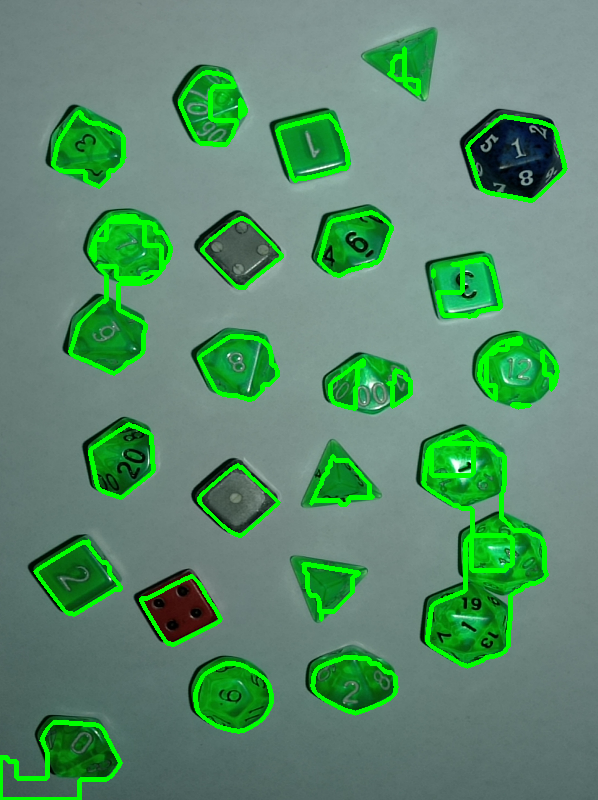
Repository: kaiofbgarcia/OpenCV
Script's output: python dados.py
These files come from the project's save history. The script's output is drawn as it stood at one moment and after the next save; the edit follows.
Random numbers start from a fixed seed. It also reads Dados/imgDados/dados4.jpg.

Above is the script's output before, as saved 2022-06-28 20:21:47.

### dados.py
import cv2
from cv2 import THRESH_BINARY
from cv2 import erode
import numpy as np
from numpy import binary_repr

imagem = cv2.imread("img/dados4.jpg")          # Carregar a imagem
res = cv2.resize(imagem, dsize=( 598, 800), interpolation=cv2.INTER_CUBIC) # Redimensionar Img ################
gray = cv2.cvtColor(res, cv2.COLOR_BGR2GRAY)     # GrayScale
blur = cv2.blur(gray,(1,1))                       # Blur ###############

ret,binary = cv2.threshold(gray , 80 ,255, cv2.THRESH_BINARY)         # Binarização ################
ret1,binary1 = cv2.threshold(binary,127,255,cv2.THRESH_BINARY_INV)   # Inverter a Binarização

kernel = np.ones((6,6), np.uint8)
dilation = cv2.dilate(binary1, kernel, iterations=4)   # Dilatar ####################
erodion = cv2.erode(dilation, kernel, iterations=5)

contours, hierarchy = cv2.findContours(erodion, cv2.RETR_TREE, cv2.CHAIN_APPROX_SIMPLE) # Procura os Objetos
cont = len(contours)                                                                     # Conta os Objetos

cv2.drawContours(res, contours, -1, (0,255,0), 3)

print("Numero de Objetos Encontrados: ",cont)

cv2.imshow("Dilatation", res)


cv2.waitKey(0)

After the next save:
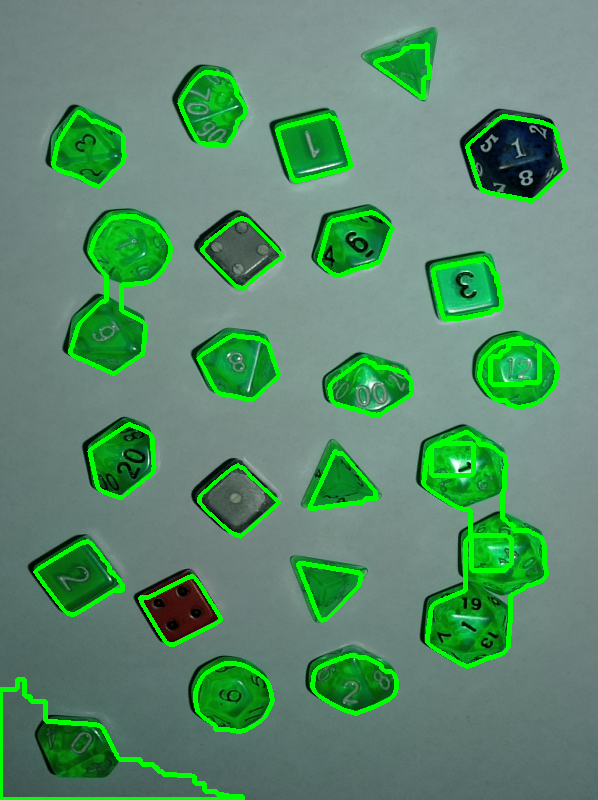
Saved 12 s later.
--- a/dados.py
+++ b/dados.py
@@ -9,7 +9,7 @@ res = cv2.resize(imagem, dsize=( 598, 800), interpolation=cv2.INTER_CUBIC) # Red
 gray = cv2.cvtColor(res, cv2.COLOR_BGR2GRAY)     # GrayScale
 blur = cv2.blur(gray,(1,1))                       # Blur ###############
 
-ret,binary = cv2.threshold(gray , 80 ,255, cv2.THRESH_BINARY)         # Binarização ################
+ret,binary = cv2.threshold(gray , 90 ,255, cv2.THRESH_BINARY)         # Binarização ################
 ret1,binary1 = cv2.threshold(binary,127,255,cv2.THRESH_BINARY_INV)   # Inverter a Binarização
 
 kernel = np.ones((6,6), np.uint8)
